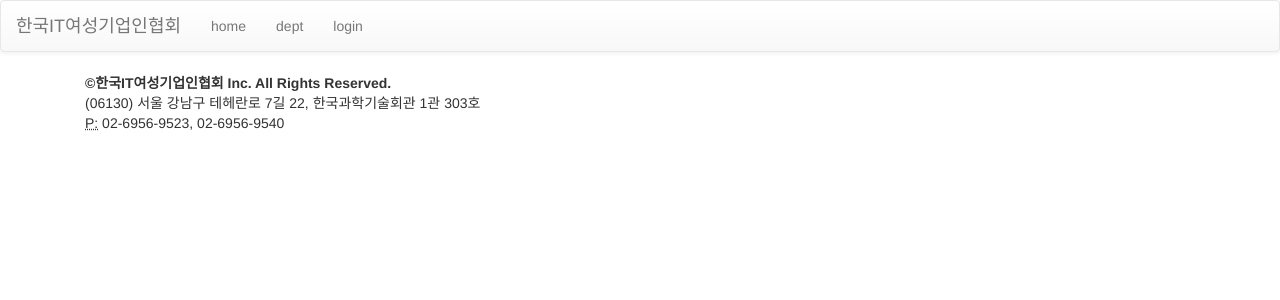
Repository: minho00123/sw-professional-training
Page: http://localhost/sts06/WEB-INF/views/index.jsp
The author's editor kept a copy of each file at every save. The page is drawn from the files as they stood at one save, then again after the next save.
The browser window is 1280 px wide. The pictures show the whole page.
The page is served by Tomcat 9. Nobody is signed in. Other server files are loaded and not shown. The template is opened directly, without the code that normally fills it, so the values that code supplies are empty.

Above is the page before, as saved 2025-05-20 06:50:31.
Console error (its wording comes from the project's code and is left out).

### stsWorkspace/sts06/src/main/webapp/WEB-INF/views/index.jsp
<%@ page language="java" contentType="text/html; charset=UTF-8"
	pageEncoding="UTF-8"%>
<!DOCTYPE html>
<html>
<head>
<meta charset="UTF-8">
<title>Insert title here</title>
<%@ taglib prefix="c" uri="http://java.sun.com/jsp/jstl/core"%>
<!-- Latest compiled and minified CSS -->
<link rel="stylesheet"
	href="https://cdn.jsdelivr.net/npm/bootstrap@3.4.1/dist/css/bootstrap.min.css"
	integrity="sha384-HSMxcRTRxnN+Bdg0JdbxYKrThecOKuH5zCYotlSAcp1+c8xmyTe9GYg1l9a69psu"
	crossorigin="anonymous">

<!-- Optional theme -->
<link rel="stylesheet"
	href="https://cdn.jsdelivr.net/npm/bootstrap@3.4.1/dist/css/bootstrap-theme.min.css"
	integrity="sha384-6pzBo3FDv/PJ8r2KRkGHifhEocL+1X2rVCTTkUfGk7/0pbek5mMa1upzvWbrUbOZ"
	crossorigin="anonymous">

<!-- Latest compiled and minified JavaScript -->
<script
	src="https://cdn.jsdelivr.net/npm/bootstrap@3.4.1/dist/js/bootstrap.min.js"
	integrity="sha384-aJ21OjlMXNL5UyIl/XNwTMqvzeRMZH2w8c5cRVpzpU8Y5bApTppSuUkhZXN0VxHd"
	crossorigin="anonymous"></script>

<!-- jQuery (necessary for Bootstrap's JavaScript plugins) -->
<script src="https://code.jquery.com/jquery-1.12.4.min.js"
	integrity="sha384-nvAa0+6Qg9clwYCGGPpDQLVpLNn0fRaROjHqs13t4Ggj3Ez50XnGQqc/r8MhnRDZ"
	crossorigin="anonymous"></script>
</head>
<body>
	<nav class="navbar navbar-default">
		<div class="container-fluid">
			<div class="navbar-header">
				<a class="navbar-brand" href="${pageContext.request.contextPath }/">
					한국IT여성기업인협회 </a>
			</div>
			<div class="collapse navbar-collapse"
				id="bs-example-navbar-collapse-1">
				<ul class="nav navbar-nav">
					<li><a href="${pageContext.request.contextPath }/">home</a></li>
					<li><a href="${pageContext.request.contextPath }/dept/">dept</a></li>
					<li><a href="${pageContext.request.contextPath }/login/">login</a></li>
				</ul>
			</div>
		</div>
	</nav>
	<div class="container">
		<div class="col-md-12">
			<!-- begin -->
			<!-- end -->
		</div>
		<div class="col-md-12">
			<address>
				<strong>©한국IT여성기업인협회 Inc. All Rights Reserved.</strong><br>
				(06130) 서울 강남구 테헤란로 7길 22, 한국과학기술회관 1관 303호 <br> <abbr
					title="Phone">P:</abbr> 02-6956-9523, 02-6956-9540
			</address>
		</div>

	</div>
</body>
</html>

After the next save:
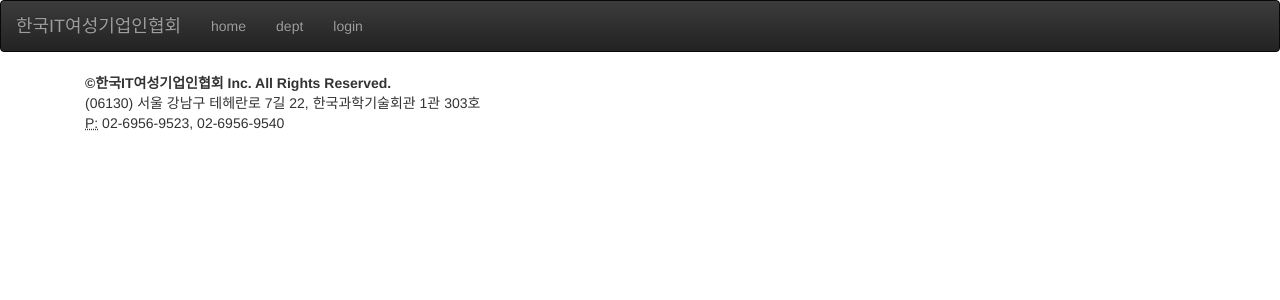
Saved 52 s later.
--- a/stsWorkspace/sts06/src/main/webapp/WEB-INF/views/index.jsp
+++ b/stsWorkspace/sts06/src/main/webapp/WEB-INF/views/index.jsp
@@ -30,7 +30,7 @@
 	crossorigin="anonymous"></script>
 </head>
 <body>
-	<nav class="navbar navbar-default">
+	<nav class="navbar navbar-inverse">
 		<div class="container-fluid">
 			<div class="navbar-header">
 				<a class="navbar-brand" href="${pageContext.request.contextPath }/">
